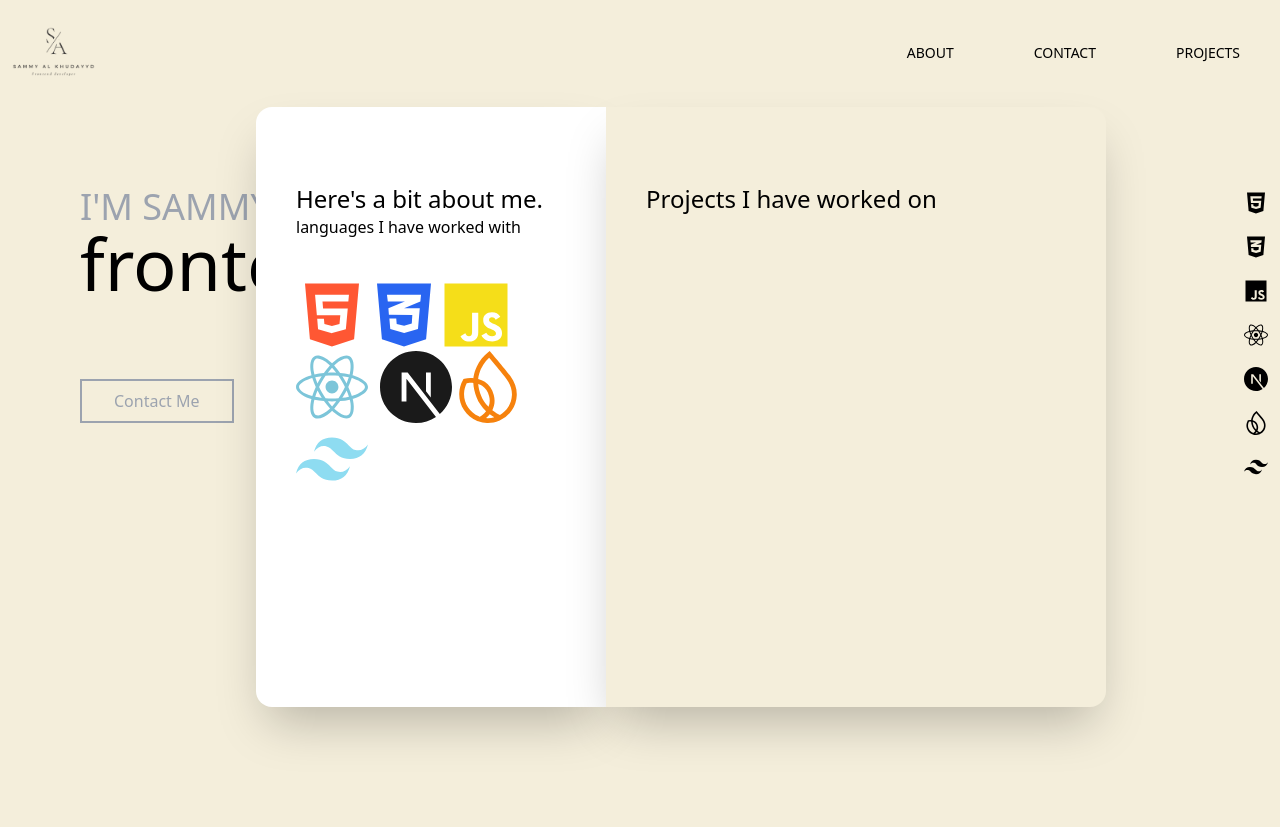
Repository: Al123Kudayyd/myportfolio
Page: /
These files come from the project's save history. The page is drawn as it stood at one moment and after a run of saves; the edit follows.
The browser window is 1280 px wide. The pictures show the whole page.
The project was rebuilt for these pictures with package versions that can differ from the ones it lists, and the page was loaded fresh each time. Also part of the build but not shown: src/components/model.js.

Above is the page before, as saved 2024-02-21 14:11:56.

### src/App.js
import Main from './components/Main';
import Nav from './components/Nav';
import Model from './components/Model'


function App() {
  return (
    <div className=" ">
      <Nav />
      <Main />

    </div>
  );
}

export default App;

### src/components/Main.jsx
import React, { useState } from 'react'
import Model from './Model'
import { LiaTimesSolid } from "react-icons/lia";
import { FaHtml5, FaReact } from "react-icons/fa";
import { FaCss3Alt } from "react-icons/fa6";
import { IoLogoJavascript } from "react-icons/io5";
import { SiNextdotjs } from "react-icons/si";
import { SiFirebase } from "react-icons/si";
import { SiTailwindcss } from "react-icons/si";
import Projects from './Projects';


function Main() {
    const [openModal, setOpenModal] = useState(false)
  return (
    <div className='relative'>
    <div className='bg-[#f4eedb] relative h-screen'>
        <div className='-z-10 pl-20 pt-20 '>
            <h1 className=''><span className='text-gray-400 font-extralight text-4xl'>I'M SAMMY AND I'M A</span>
            <br /><span className='text-7xl'>frontend developer.</span></h1>
            <button className='mt-20 border-gray-400 border-2 text-gray-400 py-2 px-8 hover:bg-gray-400 hover:text-[#f4eedb]
            transition-all duration-300'
            onClick={() => setOpenModal(true)}>
                Contact Me</button>
        </div>

    </div>
    {
        openModal && <Model btn={<LiaTimesSolid onClick={() => setOpenModal(false)} />} />
    }
    <div className='absolute top-[10%] right-0 text-2xl space-y-5 m-3'>
            <FaHtml5 />
            <FaCss3Alt />
            <IoLogoJavascript />
            <FaReact />
            <SiNextdotjs />
            <SiFirebase />
            <SiTailwindcss />
        </div>
        <Projects className='' />
    </div>
  )
}

export default Main

### src/components/Nav.jsx
import React from 'react'
import logo from '../assets/logo.png'
import { LiaBarsSolid } from "react-icons/lia";

function Nav({ }) {
  return (
    <div className='bg-[#f4eedb] relative'>
        <div className='flex justify-between items-center'>
            <img src={logo} className="w-[20%] md:w-1/12 " />
            <LiaBarsSolid className='sm:hidden text-3xl mr-5 hover:text-gray-400 cursor-pointer active:scale-[.85] transition-all duration-300' />
            <ul className='hidden sm:flex font-extralight text-sm '>
                <li className='px-10 cursor-pointer hover:text-gray-400 transition-all duration-300'>ABOUT</li>
                <li className='px-10 cursor-pointer hover:text-gray-400 transition-all duration-300'>CONTACT</li>
                <li className='px-10 cursor-pointer hover:text-gray-400 transition-all duration-300'>PROJECTS</li>
            </ul>
        </div>



    </div>
  )
}

export default Nav

### src/components/Projects.jsx
import React from 'react'
import { FaHtml5, FaReact } from "react-icons/fa";
import { FaCss3Alt } from "react-icons/fa6";
import { IoLogoJavascript } from "react-icons/io5";
import { SiNextdotjs } from "react-icons/si";
import { SiFirebase } from "react-icons/si";
import { SiTailwindcss } from "react-icons/si";

function Projects() {
  return (
    <div className='absolute top-0 left-[20%]'>
        <div className='flex justify-center items-center'>
            <div className='shadow-2xl bg-white w-[350px] h-[600px] rounded-l-2xl'>
                <div className='px-[40px] py-[76px]'>
                    <h1 className='text-2xl'>Here's a bit about me.</h1>
                    <h3 className='text-md '>languages I have worked with</h3>
                    <div className='flex flex-wrap my-10 text-7xl '>
                        <FaHtml5 className='text-[#FF5733] ' />
                        <FaCss3Alt className='text-[#2965F1]' />
                        <IoLogoJavascript className='text-[#F5DE19]' />
                        <FaReact className='text-[#7CC5D9] mr-3' />
                        <SiNextdotjs className='text-[#1a1a1a]' />
                        <SiFirebase className='text-[#F6820D]' />
                        <SiTailwindcss className='text-[#8edcf1]' />
                    </div>
                </div>

            </div>
            <div className='shadow-2xl bg-[#f4eedb] w-[500px] h-[600px] rounded-r-2xl '>
                <div className='px-[40px] py-[76px]'>
                    <h1 className='text-2xl'>Projects I have worked on</h1>
                </div>

            </div>
        </div>
    </div>
  )
}

export default Projects

### tailwind.config.js
/** @type {import('tailwindcss').Config} */
module.exports = {
  content: [
    "./src/components/Nav.{js,jsx,ts,tsx}",
    "./src/components/Main.{js,jsx,ts,tsx}",
    "./src/components/App.{js,jsx,ts,tsx}",
    "./src/components/Model.{js,jsx,ts,tsx}",
    "./src/components/Projects.{js,jsx,ts,tsx}"
  ],
  theme: {
    extend: {},
  },
  plugins: [],
}

Loaded but not shown: public/index.html (common file); src/index.js (common file); src/index.css (common file); src/reportWebVitals.js (common file)

After the next 2 saves:
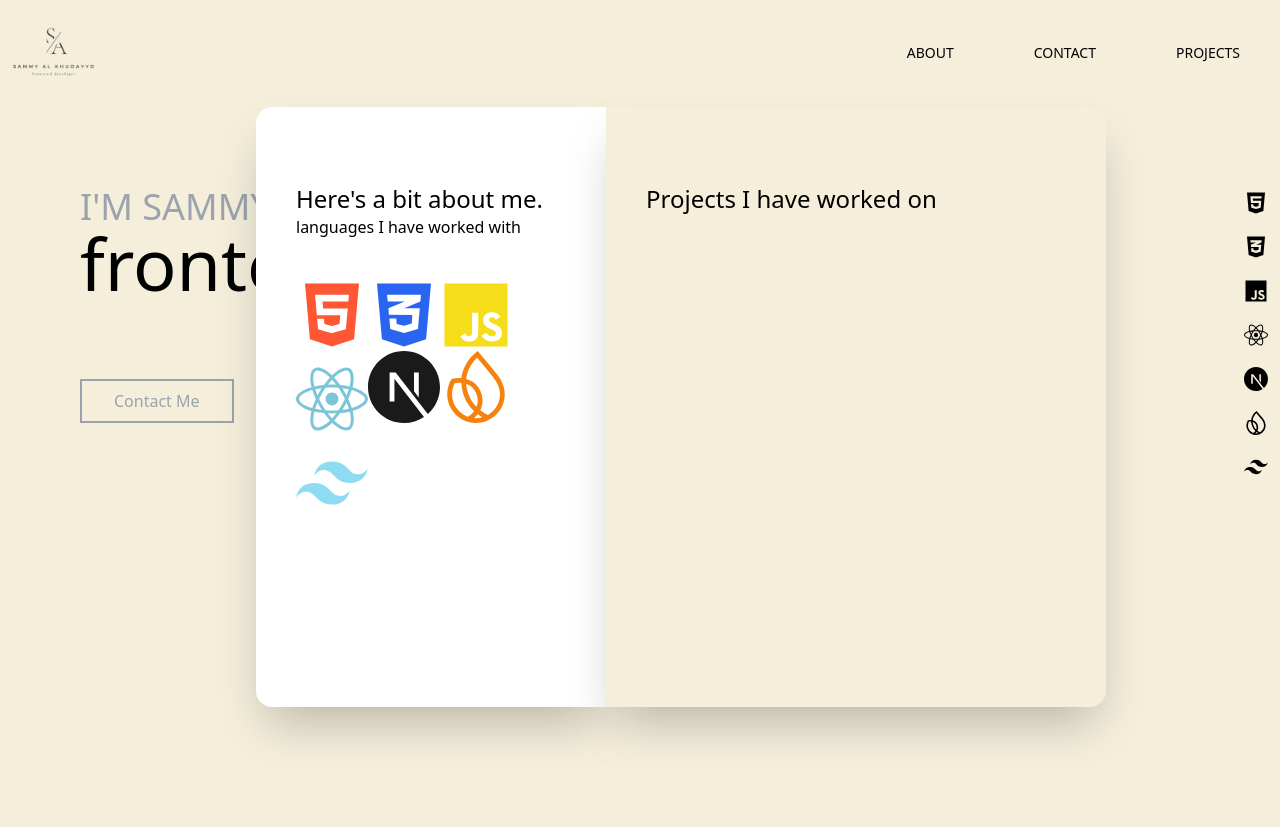
The 2 saves are shown as one change because they came seconds apart.
The last was saved 21 s later.
--- a/src/components/Projects.jsx
+++ b/src/components/Projects.jsx
@@ -18,7 +18,7 @@ function Projects() {
                         <FaHtml5 className='text-[#FF5733] ' />
                         <FaCss3Alt className='text-[#2965F1]' />
                         <IoLogoJavascript className='text-[#F5DE19]' />
-                        <FaReact className='text-[#7CC5D9] mr-3' />
+                        <FaReact className='text-[#7CC5D9] my-3' />
                         <SiNextdotjs className='text-[#1a1a1a]' />
                         <SiFirebase className='text-[#F6820D]' />
                         <SiTailwindcss className='text-[#8edcf1]' />
